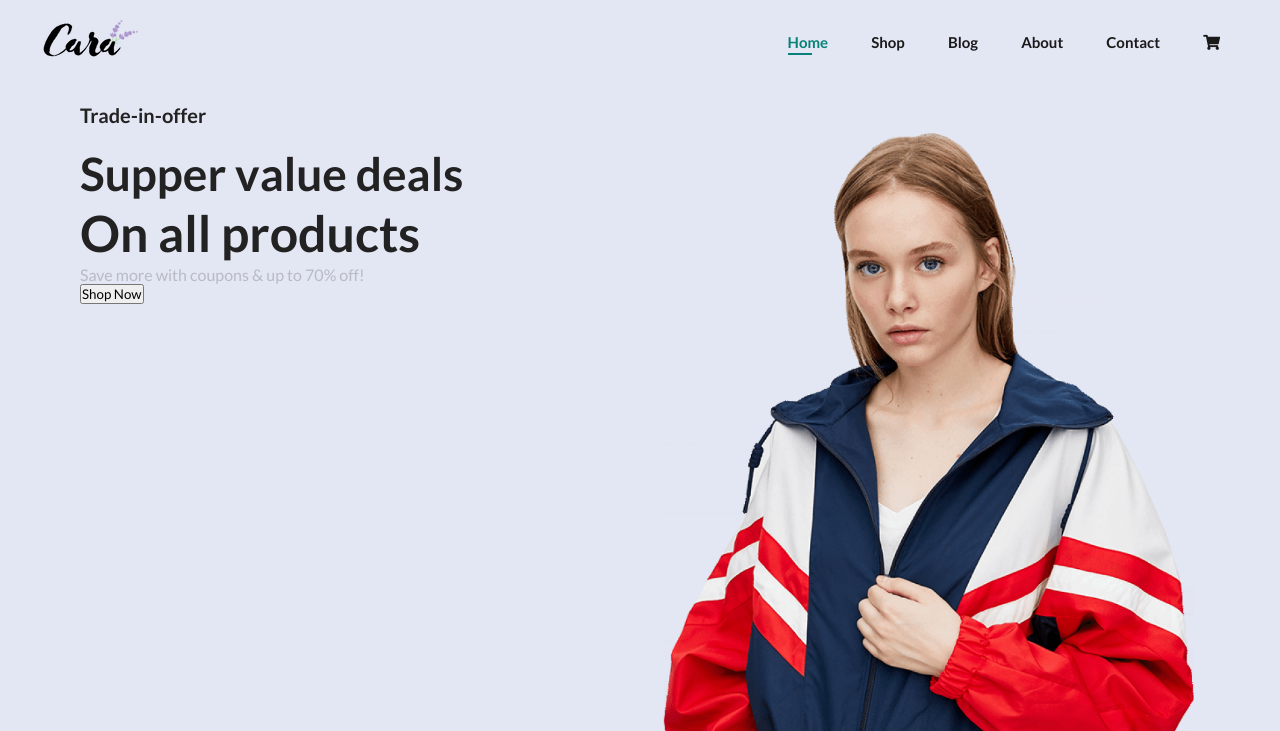
Repository: Nguyenductuan-dev/Website-Clothes
Page: index.html
The author's editor kept a copy of each file at every save. The page is drawn from the files as they stood at one save, then again after the next save.
The browser window is 1280 px wide. The pictures show the whole page.

Above is the page before, as saved 2022-04-22 21:08:58.

After the next save:
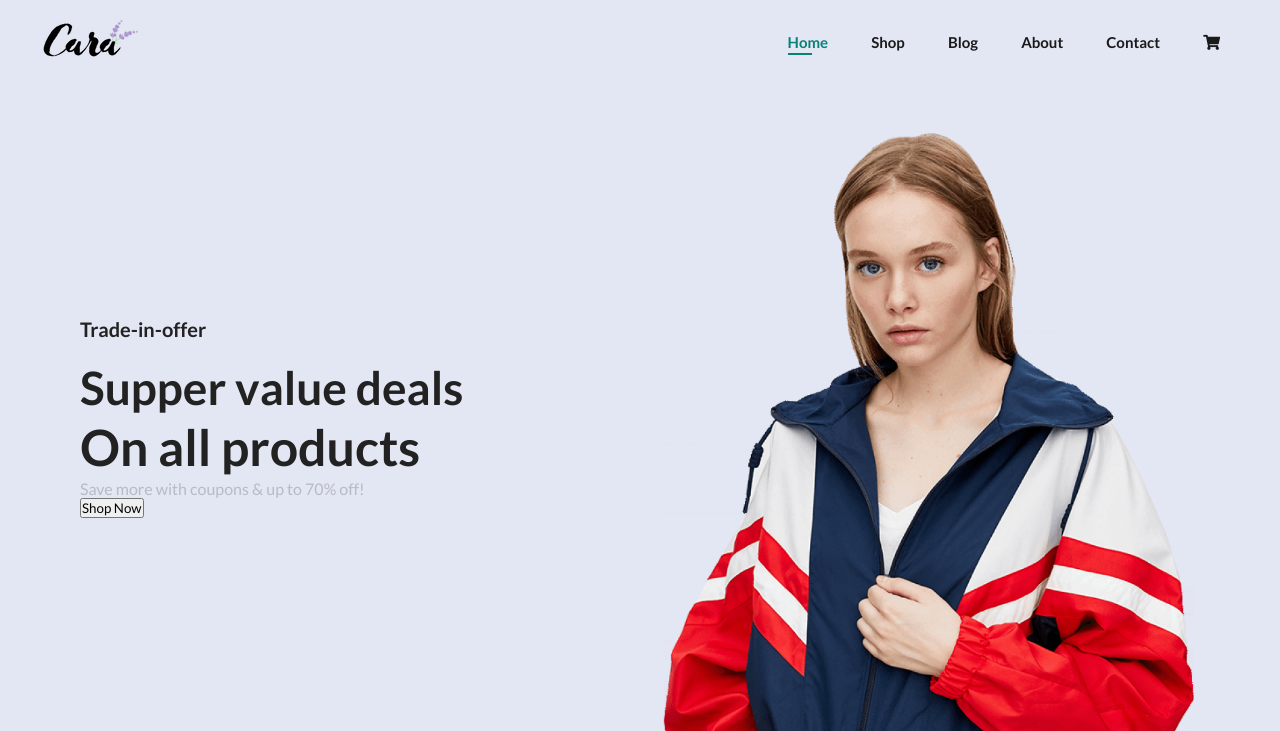
Saved 19 s later.
--- a/assets/css/style.css
+++ b/assets/css/style.css
@@ -83,13 +83,13 @@ body {
 .banner {
     background-image: url('../images/hero4.png');
     width: 100%;
-    height: 90vh;
     background-position: top 25% right 0;
     background-size: cover;
     padding: 0 80px;
 }
 .banner__container {
     display: flex;
+    height: 90vh;
     flex-direction: column;
     align-items: flex-start;
     justify-content: center;
